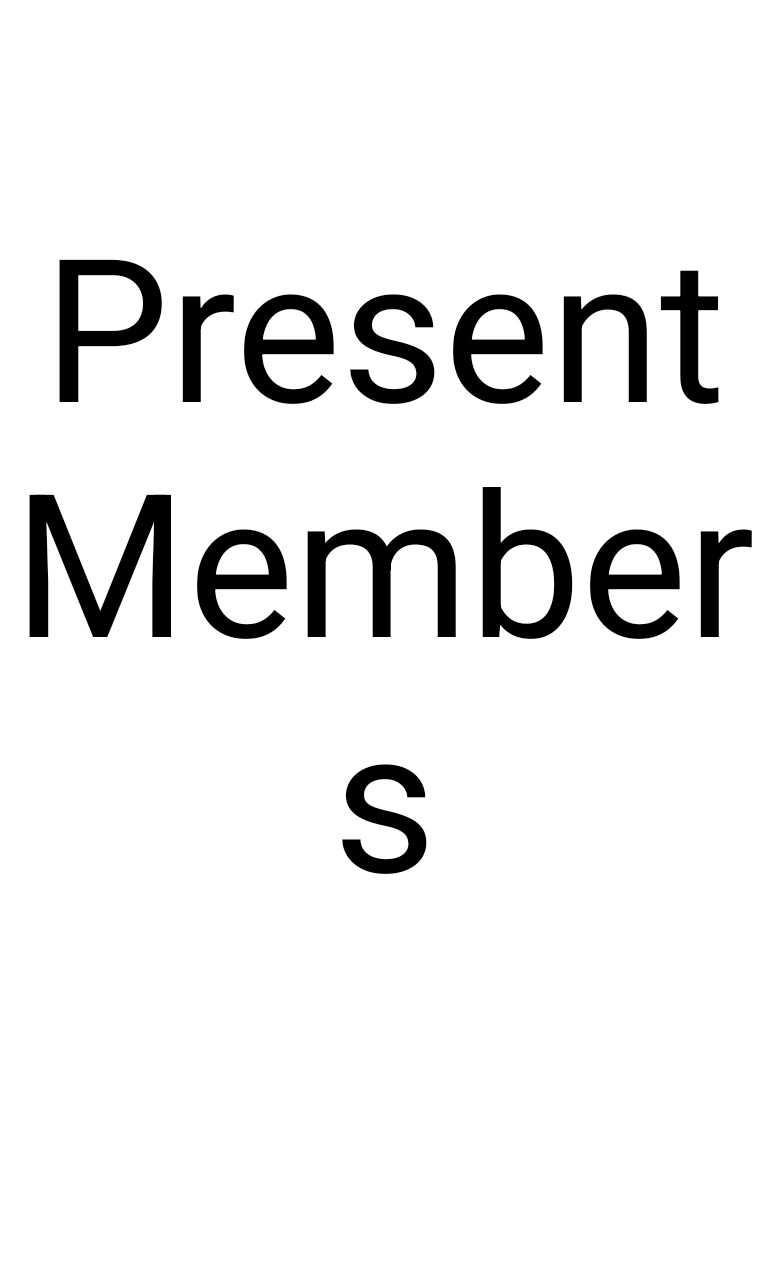
Repository: MarcoRieger/sw14_free_04_new
Layout: RWDMember/res/layout/fragment_statistic.xml
The author's editor kept a copy of each file at every save. The layout is drawn from the files as they stood at one save, then again after the next save.
It is drawn on a 768 x 1280 px phone screen (xhdpi) without system bars, with theme AppTheme; the app's code is not run.

Above is the layout before, as saved 2014-06-17 13:50:54.

### RWDMember/res/layout/fragment_statistic.xml
<?xml version="1.0" encoding="utf-8"?>
<LinearLayout xmlns:android="http://schemas.android.com/apk/res/android"
    android:layout_width="match_parent"
    android:layout_height="match_parent"
    android:orientation="vertical" >

    <TextView
        android:id="@+id/textViewLine"
        android:layout_width="match_parent"
        android:layout_height="wrap_content"
        android:layout_marginTop="95dp"
        android:textSize="100dp"
        android:gravity="center"
        android:text="Present Members"
        android:textAppearance="?android:attr/textAppearanceLarge" />

    <TextView
        android:id="@+id/textViewOutput"
        android:layout_width="match_parent"
        android:layout_height="wrap_content"
        android:gravity="center"
        android:layout_below="@+id/textViewLine"
        android:layout_marginTop="40dp"
        android:text=" "
        android:textAppearance="?android:attr/textAppearanceLarge" />

</LinearLayout>

Loaded but not shown: RWDMember/res/values/styles.xml (common file); RWDMember/res/values-v11/styles.xml (common file); RWDMember/res/values-v14/styles.xml (common file)

After the next save:
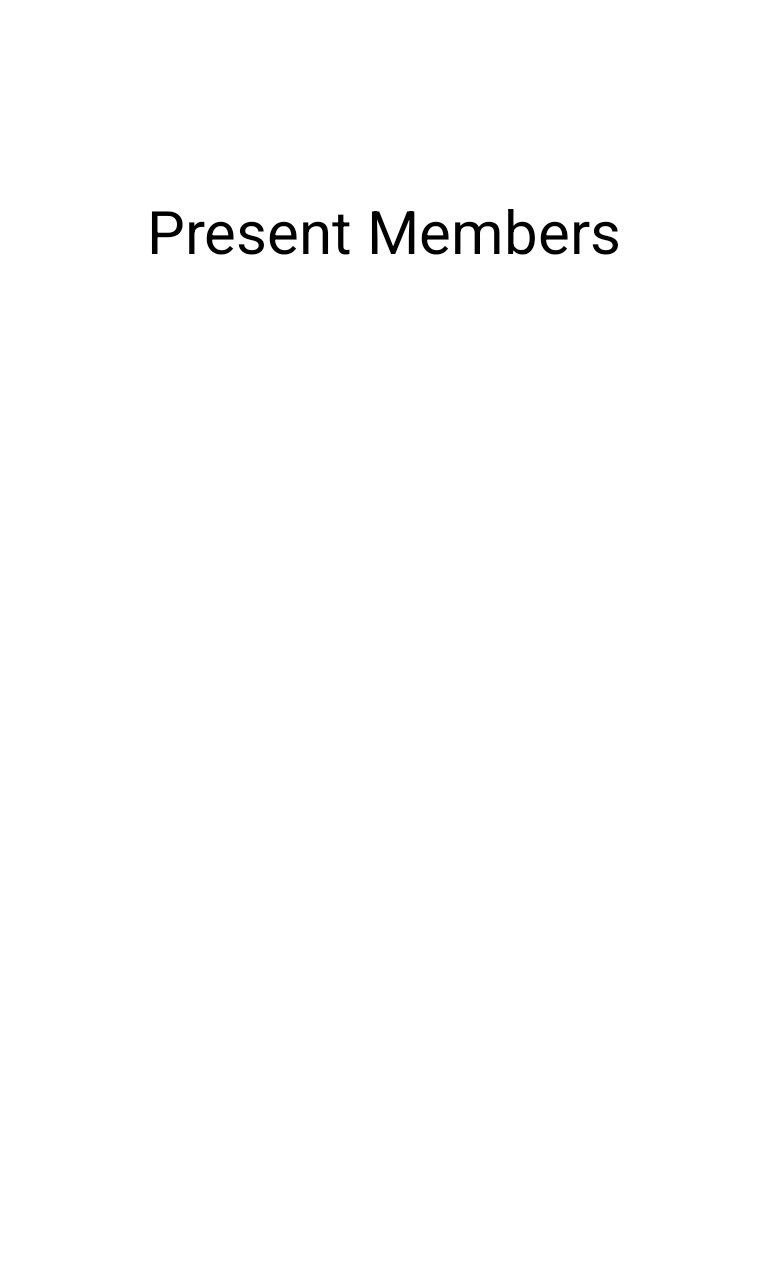
Saved 6 s later.
--- a/RWDMember/res/layout/fragment_statistic.xml
+++ b/RWDMember/res/layout/fragment_statistic.xml
@@ -9,7 +9,7 @@
         android:layout_width="match_parent"
         android:layout_height="wrap_content"
         android:layout_marginTop="95dp"
-        android:textSize="100dp"
+        android:textSize="30dp"
         android:gravity="center"
         android:text="Present Members"
         android:textAppearance="?android:attr/textAppearanceLarge" />
